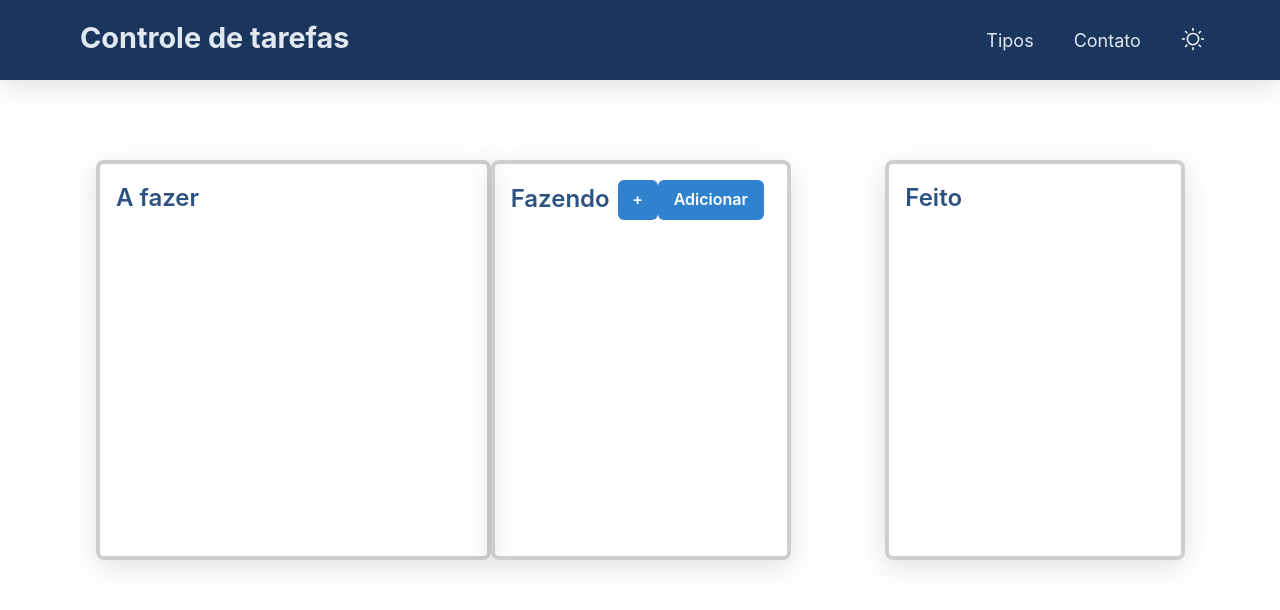
Repository: leosulzbach/Hackaton-Relampago
Page: /home (app in Front/)
The author's editor kept a copy of each file at every save. The page is drawn from the files as they stood at one save, then again after the next save.
The browser window is 1280 px wide. The pictures show the whole page.
The page's requests for data from a server got no answer. The project was rebuilt for these pictures with package versions that can differ from the ones it lists, and the page was loaded fresh each time. No one was signed in, and anything a server would have sent is missing. Also part of the build but not shown: Front/vite.config.ts, Front/src/Components/Cards/CadInfo.styles.ts, Front/src/Components/Cards/CardInfo.tsx, Front/src/Components/Cards/Cards.styles.ts, Front/src/Components/Cards/Card.tsx.

Above is the page before, as saved 2022-11-07 16:37:02.

After the next save:
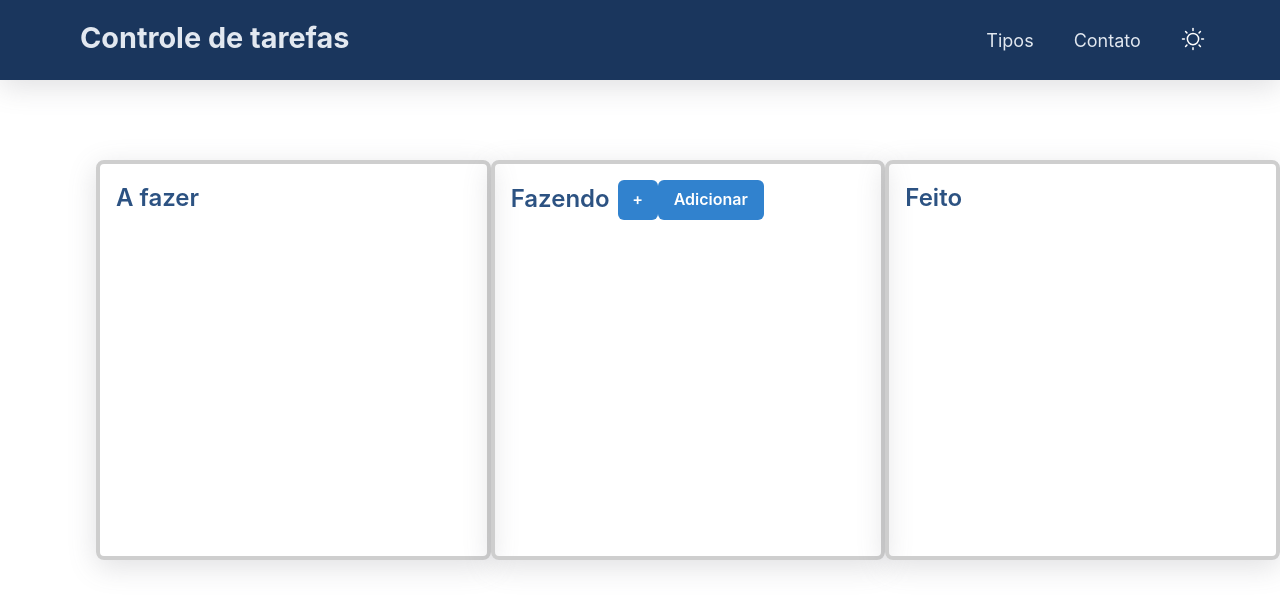
Saved 31 s later.
--- a/Front/src/Pages/home.tsx
+++ b/Front/src/Pages/home.tsx
@@ -73,8 +73,9 @@ export const Home = () => {
                     border={"4px solid #cecece"}
                     boxShadow={"rgba(100, 100, 111, 0.2) 0px 7px 29px 0px"}
                     borderRadius={8}
-                    w={"300px"}
-                    h={"400px"}>
+                    w={"100%"}
+                    h={"400px"}
+                    >
                     <Text
                         p={"1rem"}
                         fontSize={"1.5rem"}
@@ -93,7 +94,7 @@ export const Home = () => {
                     border={"4px solid #cecece"}
                     boxShadow={"rgba(100, 100, 111, 0.2) 0px 7px 29px 0px"}
                     borderRadius={8}
-                    w={"300px"}
+                    w={"100%"}
                     h={"400px"}>
                     <Text
                         p={"1rem"}
